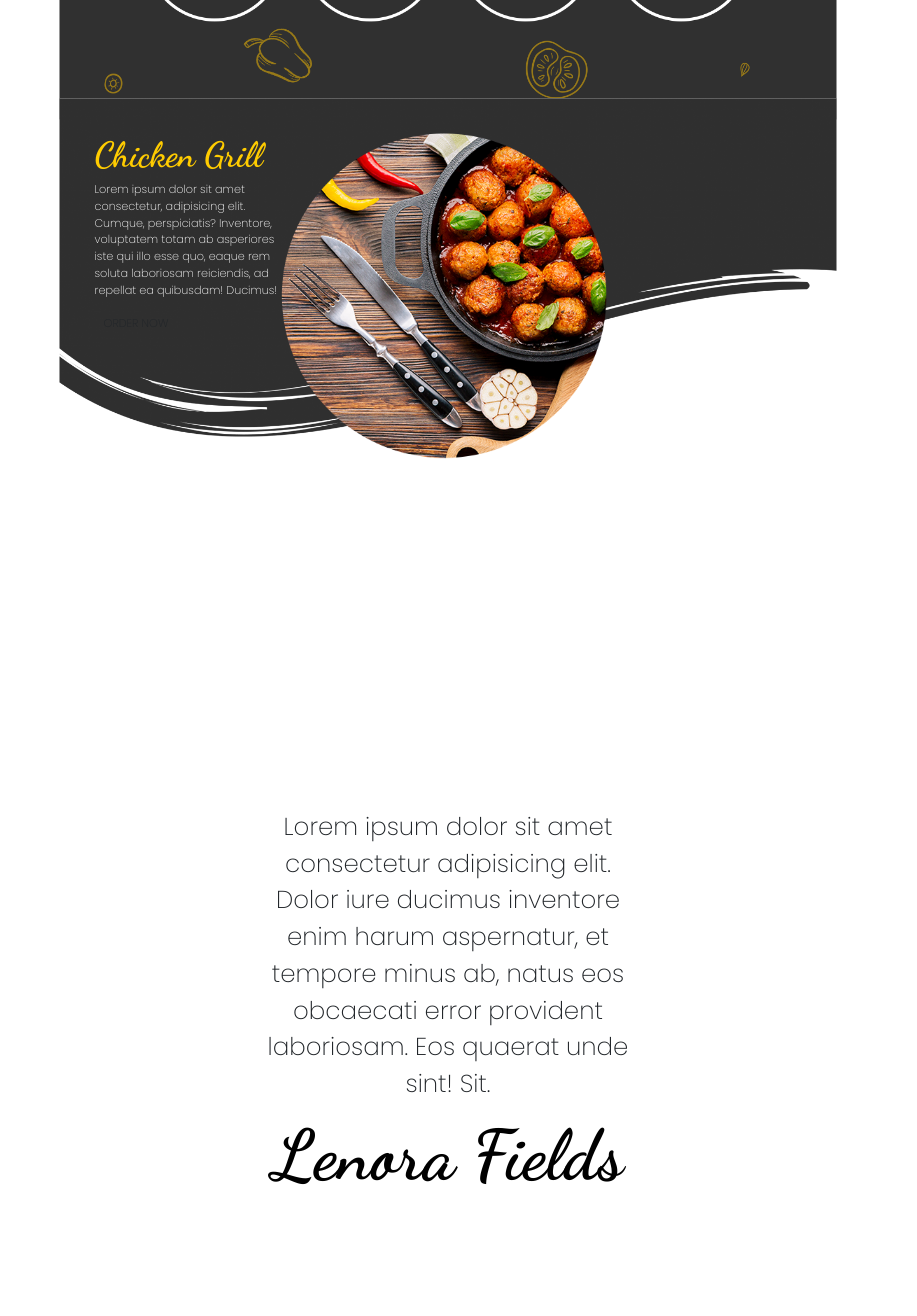
Repository: iphoneboy46/templateRestaurent
Page: index.html
An editor plug-in stored every save of this project. The page is shown before and after the next save, followed by the edit.
The browser window is 1280 px wide. The page is 1280 px wide, then 1310 px, so the pictures cover 1310 px, including what lies to the right of the window. The pictures show the part of the page from y = 2612 to 4492 px (the page is 7200 px tall), at 70% of full size.

Above is the page before, as saved 2022-10-12 22:49:19.

After the next save:
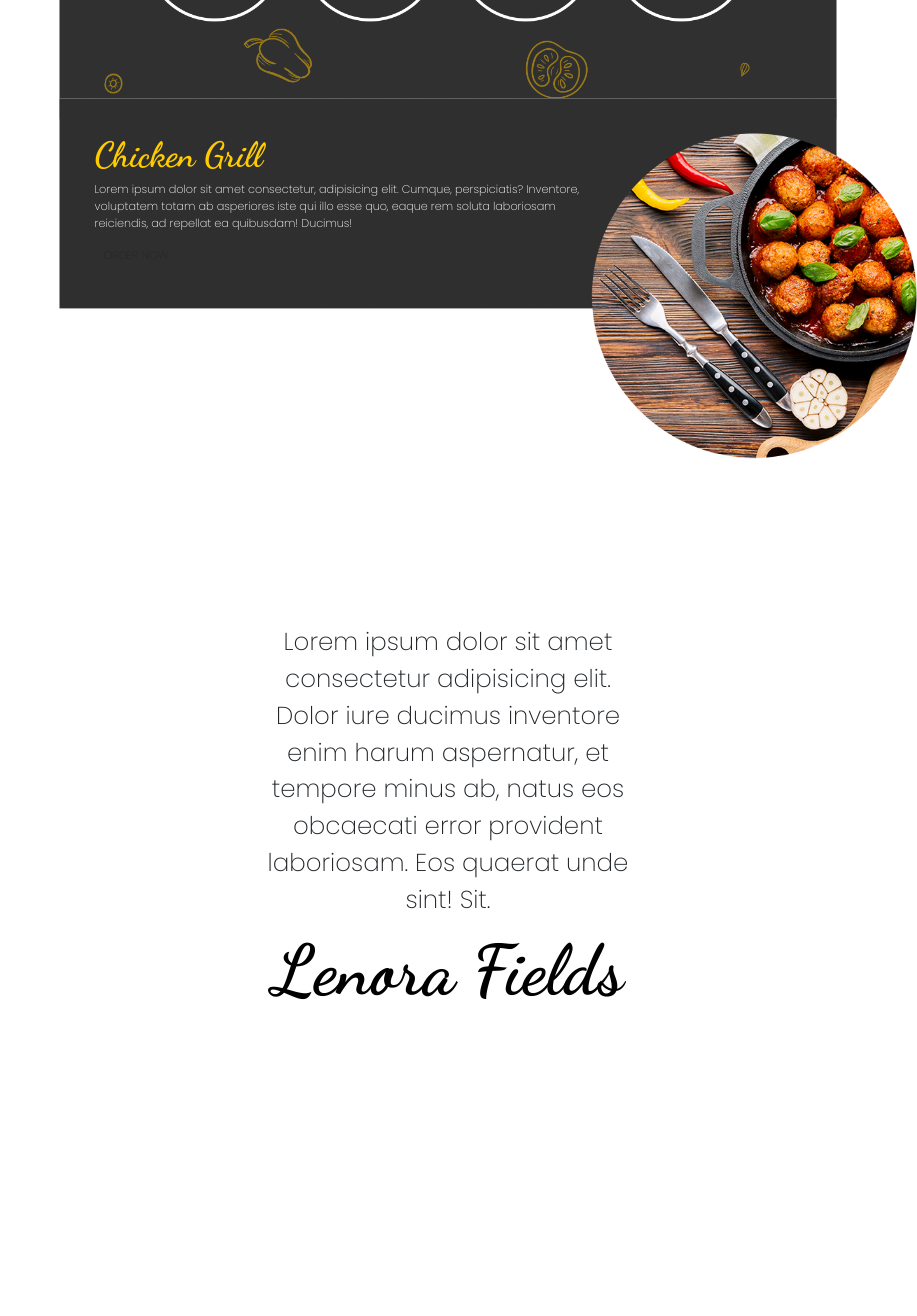
Saved 8 s later.
--- a/style.css
+++ b/style.css
@@ -255,8 +255,8 @@ body {
 }
 
 .section__Chickenl--img{
-    width: 300pc;
-    height: 100%;
+    width: 300px;
+    height: 200px;
 }
 
 
